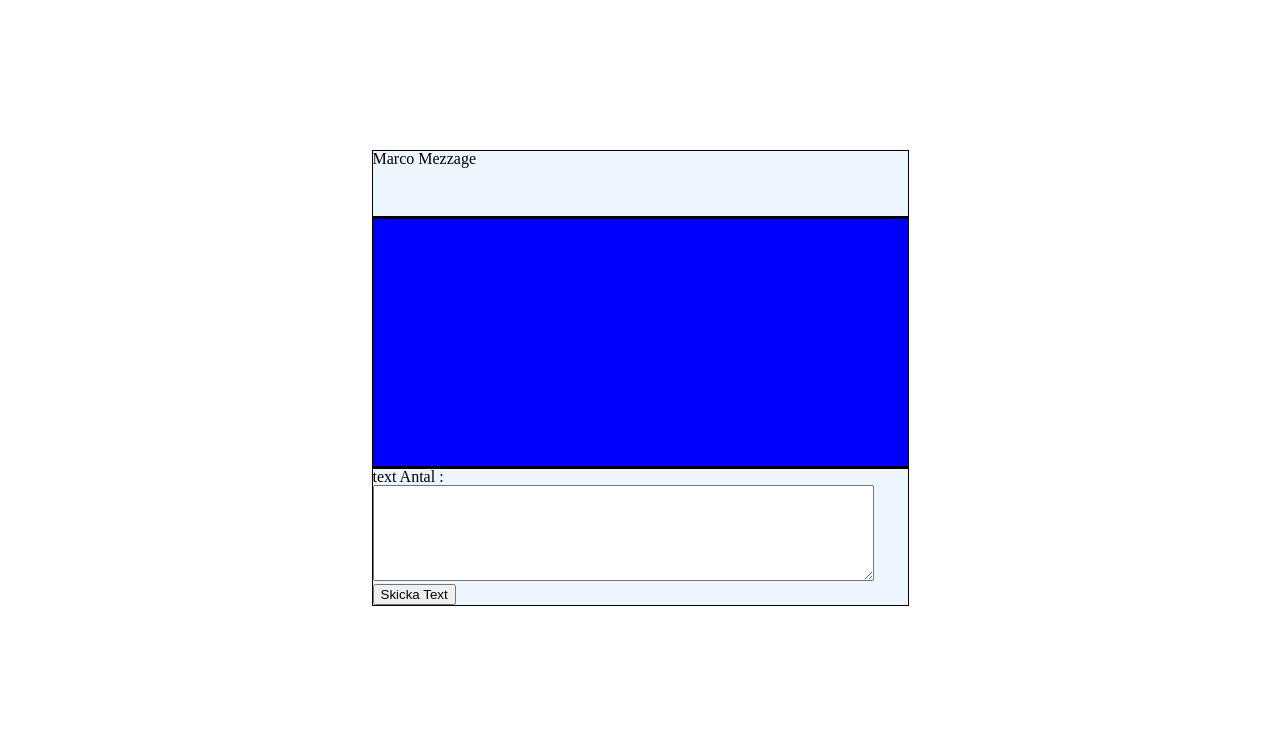
Repository: Marco30/1dv403-laborationer
Page: 2-labbymezzage/index.html
The author's editor kept a record of every edit. The page is drawn from the files as they stood at one moment, then again after the next edit.
The browser window is 1280 px wide. The pictures show the whole page.

Above is the page before.

### 2-labbymezzage/index.html
<!DOCTYPE html>

<html lang="sv">

<head>

	<meta charset="UTF-8" />

 	<title>Mezzage</title>

 	<link href="css/style.css" rel="stylesheet" type="text/css">

    <script src="js/Message.js"></script>

</head>

    <body>

        <div id="inramning"><!--*CSS läger text rutan i mitten-->

             <header><!--titel texten -->
                    <h2>Marco Mezzage</h2>
             </header>

           <main> <!--Alla meddelanden ska samlas här   -->

                <div id="textonpage"><!-- Här kommer jag lad in texten  -->

                </div>

                <div id="text">

                    <p>
                        <label id="count">text Antal : </label><!--Visar antal meddelanden som finns på sidan -->
                    </p>

                    <p>
                        <textarea id="text" cols="60" rows="6">
                        </textarea><!--Text ruta, där man kommer skriva in sina meddelanden -->
                    </p>

                    <button id="button">Skicka Text</button><!--Skicka Knapp, Man trycker på för att få upp meddelanden i sidan  -->

                </div>

           </main>

        </div>

    </body>
</html>

### 2-labbymezzage/css/style.css
 /* http://meyerweb.com/eric/tools/css/reset/
v2.0 | 20110126
License: none (public domain)
*/
html, body, div, span, applet, object, iframe,
h1, h2, h3, h4, h5, h6, p, blockquote, pre,
a, abbr, acronym, address, big, cite, code,
del, dfn, em, img, ins, kbd, q, s, samp,
small, strike, strong, sub, sup, tt, var,
b, u, i, center,
dl, dt, dd, ol, ul, li,
fieldset, form, label, legend,
table, caption, tbody, tfoot, thead, tr, th, td,
article, aside, canvas, details, embed,
figure, figcaption, footer, header, hgroup,
menu, nav, output, ruby, section, summary,
time, mark, audio, video {
margin: 0;
padding: 0;
border: 0;
font-size: 100%;
font: inherit;
vertical-align: baseline;
}
/* HTML5 display-role reset for older browsers */
article, aside, details, figcaption, figure,
footer, header, hgroup, menu, nav, section {
display: block;
}
body {
line-height: 1;
}
ol, ul {
list-style: none;
}
blockquote, q {
quotes: none;
}
blockquote:before, blockquote:after,
q:before, q:after {
content: '';
content: none;
}
table {
border-collapse: collapse;
border-spacing: 0;
}

/*Här börjar min CSS */

#inramning
{
width: 535px;
margin: 150px auto;
background-color: #EDF5FF;
border-top: 1px solid #000;
border-left: 1px solid #000;
border-right: 1px solid #000;
border-bottom: 1px solid #000;
}

header /* skappar rammen längs upp, den som har sidans namn */
{
height: 65px;
}

header H1 /* ger H1 följande egenskaper som alltid är bundna till header div */
{
font-weight: bold;
line-height: 74px;
text-align:center;
 font-family: ‘Lucida Sans Unicode’, ‘Lucida Grande’, sans-serif;
font-size: 25px;
color:black;
}

main
{

    height: auto;
    margin: auto;

}

#textruta
{
    height: 151px;
padding-top: 5px;
width: 528px;
background: #F00;
padding-left: 7px;
}

#textonpage
{
 margin: auto;
background: none repeat scroll 0% 0% #00F;
border-top: 3px solid #000;
border-bottom: 3px solid #000;
min-height: 247px;
height: auto !important;
}

### 2-labbymezzage/js/Message.js
"use strict";

function Message(message, date) //Konstruktor som har tvo privata variabler, vi använder get och set för att koma åt dem
{

    this.getText = function()// används för att hämta en text
    {
        return message;
    };

    this.setText = function(_text)// används för att lägga till en text
    {
        message = _text;
    };

    this.getDate = function()
    {
        return date;
    };

    this.setDate = function(_date)
    {
        date = _date;
    };
}

Message.prototype.toString = function()
{
    return this.getText()+" ("+this.getDate()+")";// visar tect och datumet till sammans
};

Message.prototype.getHTMLText = function() {
    return this.getText().replace(/[\n\r]/g, "<br />");// om vandlar alla \n  tll radbrytning innan man använder texten
};

Message.prototype.getDatetext = function() {//Tar ut tiden som separatas
    return this.getDate();
};

 /*var mess = new Message("marco", new Date());
 alert(mess);
 alert(mess.getText());
 mess.setText("enn annan text");
 alert(mess);*/

After the next edit:
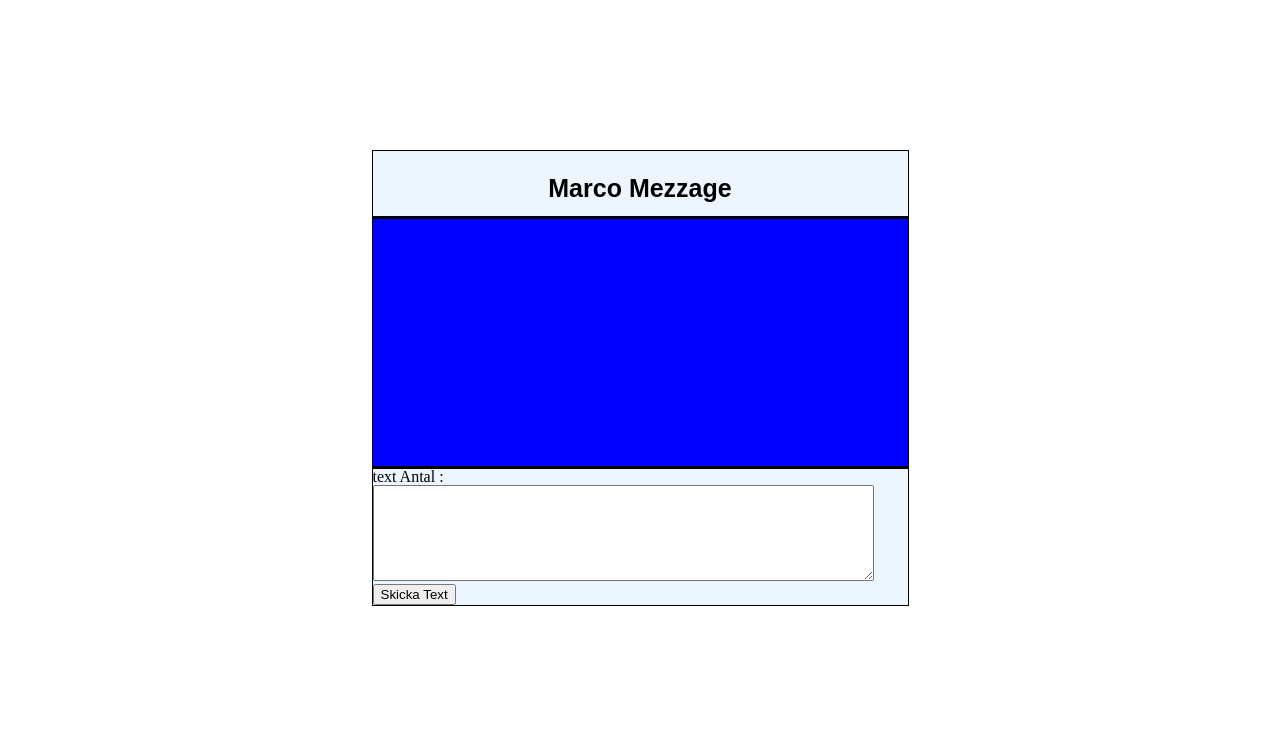
The edit:
--- a/2-labbymezzage/index.html
+++ b/2-labbymezzage/index.html
@@ -19,7 +19,7 @@
         <div id="inramning"><!--*CSS läger text rutan i mitten-->
 
              <header><!--titel texten -->
-                    <h2>Marco Mezzage</h2>
+                    <h1>Marco Mezzage</h1>
              </header>
 
            <main> <!--Alla meddelanden ska samlas här   -->
